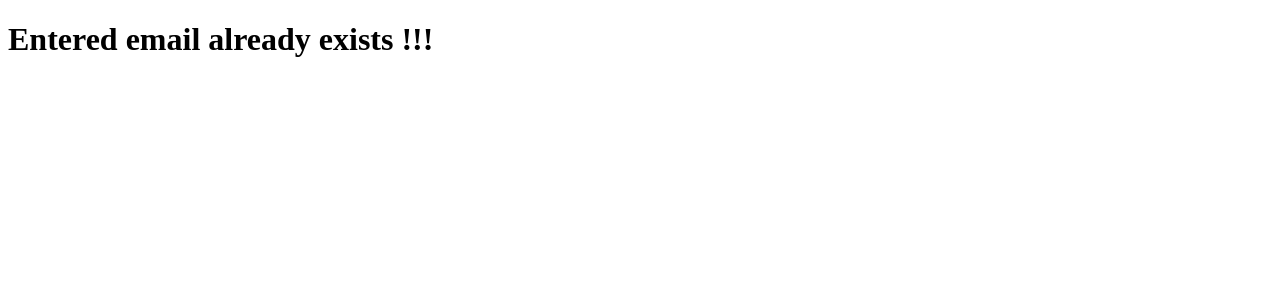
Repository: rkavinash/arkNewsletter
Page: exists.html
An editor plug-in stored every save of this project. The page is shown before and after the next save, followed by the edit.
The browser window is 1280 px wide. The pictures show the whole page.

Above is the page before, as saved 2021-08-26 16:17:16.

### exists.html
<!DOCTYPE html>
<html lang="en">
<head>
    <meta charset="UTF-8">
    <meta http-equiv="X-UA-Compatible" content="IE=edge">
    <meta name="viewport" content="width=device-width, initial-scale=1.0">
    <title>Failure</title>
</head>
<body>
    <h1>Entered email already exists !!!</h1>
</body>
</html>

After the next save:
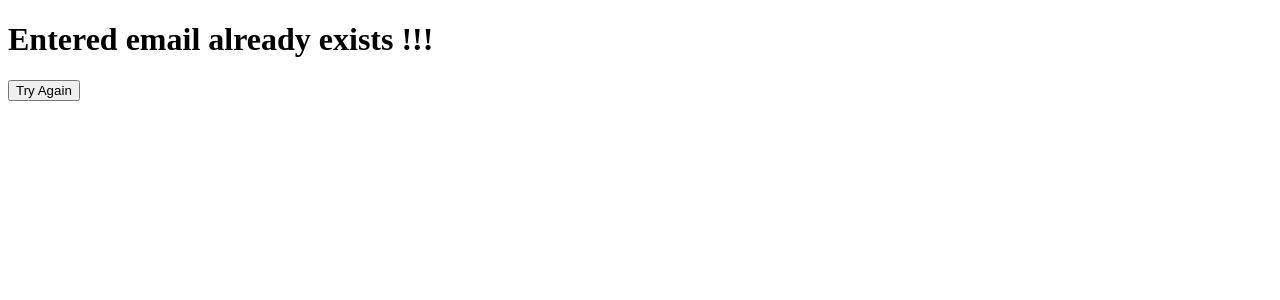
Saved 26 s later.
--- a/exists.html
+++ b/exists.html
@@ -8,5 +8,8 @@
 </head>
 <body>
     <h1>Entered email already exists !!!</h1>
+    <form action="/" method="post">
+        <button id="tryAgainBtn">Try Again</button>
+    </form>
 </body>
 </html>
